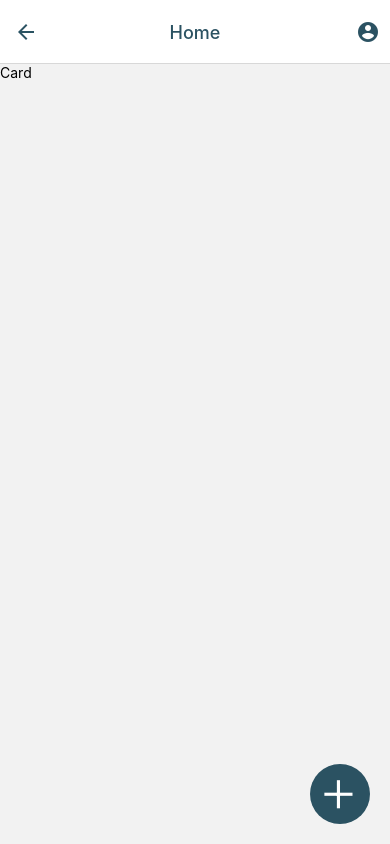
Repository: SaudCh/Expo-Pethub
Screen: /Home
The author's editor kept a copy of each file at every save. The screen is drawn from the files as they stood at one save, then again after the next save.
The app was drawn by React Native's web renderer in a window 390 px wide. The project was rebuilt for these pictures with package versions that can differ from the ones it lists, and the page was loaded fresh each time. Some packages were replaced by stand-ins written for this rebuild. Also part of the build but not shown: Screens/Signup.js, Screens/Profile.js, Screens/UpdateProfile.js, Screens/ForgetPassword.js, Screens/Add.js.

Above is the screen before, as saved 2022-11-15 00:56:24.

### App.js
import { StatusBar } from 'expo-status-bar';
import 'react-native-gesture-handler';
import { StyleSheet, Text, View } from 'react-native';
import { Provider as PaperProvider } from 'react-native-paper';
import AppNavigator from './Components/Navigator';

export default function App() {
  return (
    <PaperProvider>
      <AppNavigator />
    </PaperProvider>
  );
}

const styles = StyleSheet.create({
  container: {
    flex: 1,
    backgroundColor: '#fff',
    alignItems: 'center',
    justifyContent: 'center',
  },
});

### Components/Navigator.js
// In App.js in a new project

import * as React from 'react';
import { View, Text } from 'react-native';
import { NavigationContainer } from '@react-navigation/native';
import { createNativeStackNavigator } from '@react-navigation/native-stack';
import Login from '../Screens/Login';
import Signup from '../Screens/Signup';
import Home from '../Screens/Home';
import Profile from '../Screens/Profile';
import UpdateProfile from '../Screens/UpdateProfile';
import Avatar from './Avatar';
import ForgetPassword from '../Screens/ForgetPassword';
import Add from '../Screens/Add';

function HomeScreen() {
    return (
        <View style={{ flex: 1, alignItems: 'center', justifyContent: 'center' }}>
            <Text>Home Screen</Text>
        </View>
    );
}

const Stack = createNativeStackNavigator();

function AppNavigator() {
    return (
        <NavigationContainer>
            <Stack.Navigator>
                <Stack.Screen name="Login" component={Login} options={{
                    title: 'Login',
                    headerTintColor: "#2B5262",
                    headerTitleAlign: 'center'
                }} />

                <Stack.Screen name="Signup" component={Signup} options={{
                    title: 'Signup',
                    headerTintColor: "#2B5262",
                    headerTitleAlign: 'center'
                }} />

                <Stack.Screen name="ForgetPassword" component={ForgetPassword} options={{
                    title: 'Forget Password',
                    headerTintColor: "#2B5262",
                    headerTitleAlign: 'center'
                }} />

                <Stack.Screen name="Add" component={Add} options={{
                    title: 'Add',
                    headerTintColor: "#2B5262",
                    headerTitleAlign: 'center'
                }} />

                <Stack.Screen name="Home" component={Home}
                    options={{
                        title: 'Home',
                        headerTintColor: "#2B5262",
                        headerTitleAlign: 'center',
                        headerRight: () => (
                            <Avatar />
                        )
                    }}
                />

                <Stack.Screen name="Profile" component={Profile} options={{
                    title: 'Profile',
                    headerTintColor: "#2B5262",
                    headerTitleAlign: 'center'
                }} />
                <Stack.Screen name="UpdateProfile" component={UpdateProfile} options={{
                    title: 'Update',
                    headerTintColor: "#2B5262",
                    headerTitleAlign: 'center',
                }} />

            </Stack.Navigator>
        </NavigationContainer>
    );
}

export default AppNavigator;

### Screens/Login.js
import { useNavigation } from "@react-navigation/native";
import React, { useState, useEffect } from "react";
import { View, Text, StyleSheet, ActivityIndicator, Alert, TouchableOpacity } from 'react-native'
import { TextInput, Button } from "react-native-paper"

export default function Login() {

    const navigation = useNavigation()

    const [data, setData] = useState({
        email: '',
        password: ''
    })

    return (
        <View style={{ ...styles.body }}>
            <View style={{ ...styles.box }}>
                <View>
                    <TextInput
                        mode="outlined"
                        placeholder="Email"
                        style={{ marginBottom: 10 }}
                        value={data.email}
                        onChangeText={text => setData({ ...data, email: text })}
                    />
                </View>
                <View>
                    <TextInput
                        mode="outlined"
                        placeholder="Password"
                        value={data.password}
                        style={{ marginBottom: 10 }}
                        onChangeText={text => setData({ ...data, password: text })}
                        secureTextEntry
                    />
                </View>
                <TouchableOpacity onPress={()=>navigation.navigate("ForgetPassword")}>
                    <Text style={{ alignSelf: 'flex-end', color: 'blue' }}>Forgot Password?</Text>
                </TouchableOpacity>
                <View>
                    <Button mode="contained" onPress={() => navigation.replace('Home')} style={{ marginTop: 10 }} >
                        Login
                    </Button>

                    <Button onPress={() => navigation.navigate("Signup")} style={{ backgroundColor: 'transparent' }}>
                        <Text style={{ ...styles.bottomText }}>Switch to Signup</Text>
                    </Button>
                </View>
            </View>
        </View >
    );
}
const styles = StyleSheet.create({
    body: {
        flex: 1,
        alignItems: "center",
        justifyContent: 'center',
        backgroundColor: '#A9CCCF'
    },
    box: {
        shadowColor: "#000",
        shadowOffset: {
            width: 0,
            height: 3,
        },
        shadowOpacity: 0.27,
        shadowRadius: 4.65,
        elevation: 6,
        borderRadius: 10,

        backgroundColor: "#fff",
        padding: 20,
        width: 350
    },
    inputText: {
        fontWeight: 'bold'
    },
    bottomText: {
        fontSize: 16
    }
});

### Screens/Home.js
import { StyleSheet, Text, TouchableOpacity, View } from 'react-native'
import React from 'react'
import { Ionicons } from '@expo/vector-icons';
import { useNavigation } from '@react-navigation/native';
import Card from './Card';

export default function Home() {
  const navigation = useNavigation()

  return (
    <View style={{ flex: 1 }}>
      <Card />

      <TouchableOpacity onPress={() => navigation.navigate("Add")} style={{ ...styles.floatingPoint }}>
        <Ionicons name="add" size={50} color="#fff" />
      </TouchableOpacity>
    </View>
  )
}

const styles = StyleSheet.create({
  floatingPoint: {
    width: 60,
    height: 60,
    borderRadius: 50,
    backgroundColor: '#2B5262',
    position: 'absolute',
    bottom: 20,
    right: 20,
    alignItems: 'center',
    justifyContent: 'center',
  }

})

### Components/Avatar.js
import { StyleSheet, Text, TouchableOpacity, View } from 'react-native'
import React from 'react'
import { MaterialIcons } from '@expo/vector-icons';
import { useNavigation } from '@react-navigation/native';

export default function Avatar() {
    const navigation = useNavigation();
    return (
        <TouchableOpacity TouchableOpacity onPress={() => navigation.navigate("Profile")} style={{
            marginRight: 10
        }} >
            <MaterialIcons name="account-circle" size={24} color={"#2B5262"} />
        </TouchableOpacity>
    )
}

const styles = StyleSheet.create({})

### Screens/Card.js
import { StyleSheet, Text, View } from 'react-native'
import React from 'react'

export default function Card() {
  return (
    <View>
      <Text>Card</Text>
    </View>
  )
}

const styles = StyleSheet.create({})

After the next save:
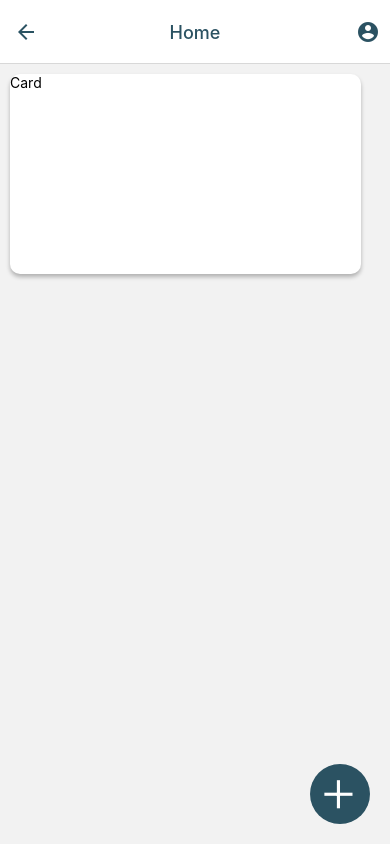
Saved 37 s later.
--- a/Screens/Card.js
+++ b/Screens/Card.js
@@ -2,11 +2,30 @@
 import React from 'react'
 
 export default function Card() {
-  return (
-    <View>
-      <Text>Card</Text>
-    </View>
-  )
+    return (
+        <View style={{
+            ...styles.card,
+        }}>
+            <Text>Card</Text>
+        </View>
+    )
 }
 
-const styles = StyleSheet.create({})
+const styles = StyleSheet.create({
+    card: {
+        width: '90%',
+        height: 200,
+        backgroundColor: '#fff',
+        borderRadius: 10,
+        margin: 10,
+        shadowColor: "#000",
+        shadowOffset: {
+            width: 0,
+            height: 3,
+        },
+        shadowOpacity: 0.27,
+        shadowRadius: 4.65,
+        elevation: 6,
+    }
+
+})

After the save that followed:
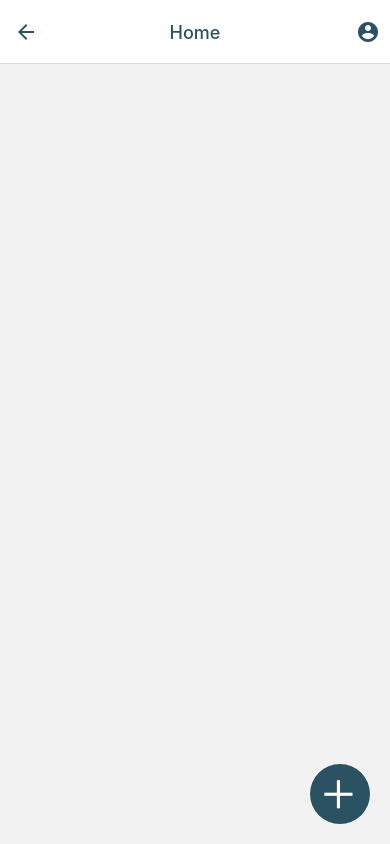
Saved 33 s later.
--- a/Screens/Card.js
+++ b/Screens/Card.js
@@ -6,7 +6,7 @@
         <View style={{
             ...styles.card,
         }}>
-            <Text>Card</Text>
+
         </View>
     )
 }
@@ -14,7 +14,6 @@
 const styles = StyleSheet.create({
     card: {
         width: '90%',
-        height: 200,
         backgroundColor: '#fff',
         borderRadius: 10,
         margin: 10,
